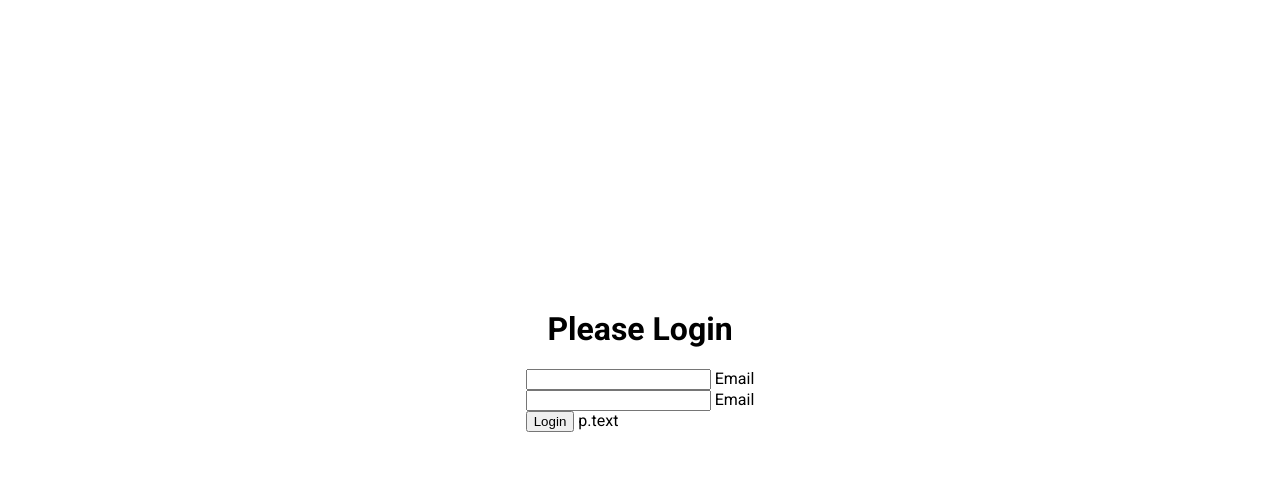
Repository: eagle-tex/50-projects-BT
Page: 08-form-wave-animation/index.html
An editor plug-in stored every save of this project. The page is shown before and after the next save, followed by the edit.
The browser window is 1280 px wide. The pictures show the whole page.

Above is the page before, as saved 2021-01-07 20:22:11.

After the next save:
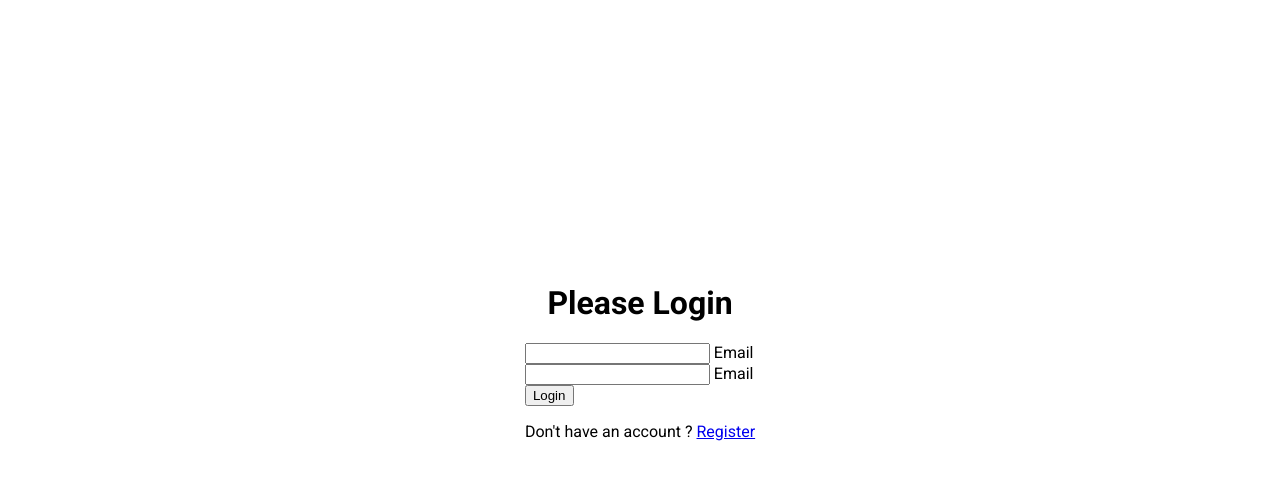
Saved 60 s later.
--- a/08-form-wave-animation/index.html
+++ b/08-form-wave-animation/index.html
@@ -23,7 +23,9 @@
 
     <button class="btn">Login</button>
 
-    p.text
+    <p class="text">Don't have an account ?
+      <a href="#">Register</a>
+    </p>
   </form>
 
   <script src="script.js"></script>
